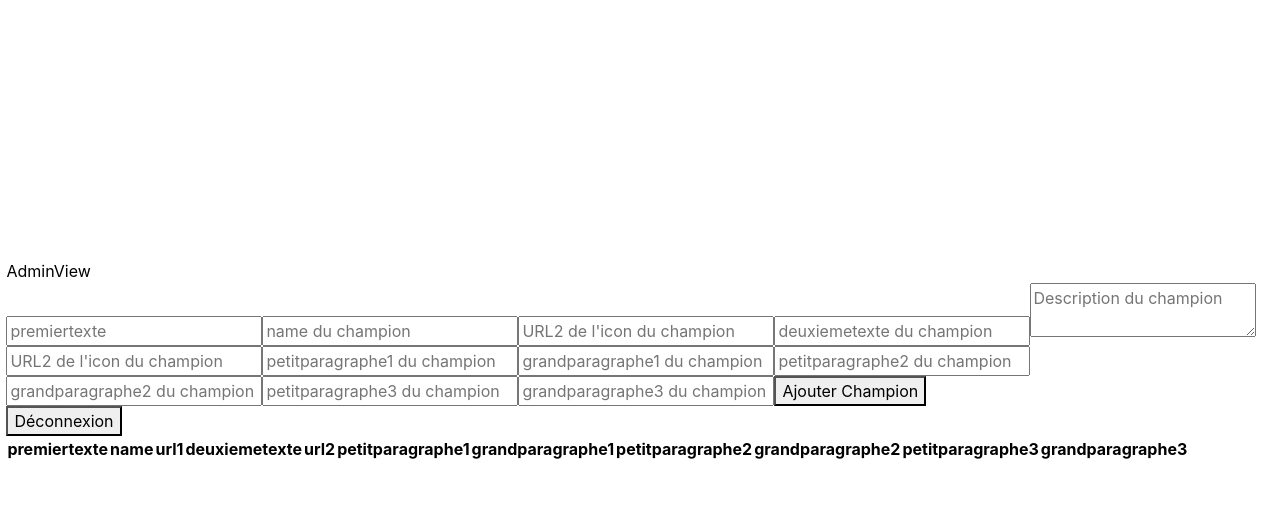
Repository: AdilGHAZAL/MosaiqueWebdoc
Page: /backoffice
These files come from the project's save history. The page is drawn as it stood at one moment and after the next save; the edit follows.
The browser window is 1280 px wide. The pictures show the whole page.
The page's requests for data from a server got no answer. Some web fonts or font styles are not loaded; a fallback is used. Some web libraries are served in a nearby version. The project was rebuilt for these pictures with package versions that can differ from the ones it lists, and the page was loaded fresh each time. No one was signed in, and anything a server would have sent is missing. Also part of the build but not shown: vite.config.js, src/App.css, src/components/Navbar.css, src/components/Navbar.jsx, src/components/Athletes.css, src/components/Athletes.jsx, src/components/Athletes2.jsx, src/components/Athletes3.jsx and 18 more.

Above is the page before, as saved 2024-05-02 18:54:36.

### index.html
<!doctype html>
<html lang="en">
  <head>
    <meta charset="UTF-8" />
    <link rel="icon" type="image/svg+xml" href="./src/logos/logoMosaique.svg" />
    <meta name="viewport" content="width=device-width, initial-scale=1.0" />
    <title>Mosaique</title>
    <link rel="preconnect" href="https://fonts.googleapis.com">
<link rel="preconnect" href="https://fonts.gstatic.com" crossorigin>
<link href="https://fonts.googleapis.com/css2?family=Mina:wght@400;700&display=swap" rel="stylesheet">
<link rel="stylesheet" href="https://cdn.jsdelivr.net/npm/bootswatch@4.5.2/dist/minty/bootstrap.min.css">
  </head>
  <body>
    <div id="root"></div>
    <script type="module" src="/src/main.jsx"></script>
  </body>
</html>

### src/App.jsx
// App.jsx
import React from 'react';
import { BrowserRouter as Router, Routes, Route} from 'react-router-dom';
import './App.css'; // Import the CSS file
import HomePage from './components/HomePage';
import Athlete1 from './Athelete1/Athlete1'; // Import the NouvellePage component
import LoginScreen from './LoginScreen';
import MainView from './backoffice';
import TrainingPage from './TrainingPage';
const App = () => {
    return (
        <Router>

                <Routes>
                    <Route path="/" element={<HomePage/>} />
                    <Route path="/Athlete1" element={<Athlete1/>} />
                    <Route path="/login" element={<LoginScreen/>  }/>
                    <Route path='/backoffice'element={<MainView/>}/>
                </Routes>

        </Router>
    );
};

export default App;

### src/index.css
:root {
  --rose: #E9257F

}

### src/backoffice.jsx
import React, { useState, useEffect } from 'react';
import { getFirestore, collection, addDoc, getDocs, deleteDoc, doc, updateDoc } from "firebase/firestore";
import { getAuth, signOut } from "firebase/auth";
import "./firebaseConfig"

export default function MainView() {
  const [champions, setChampions] = useState([]);
  const [championData, setChampionData] = useState({
    premiertexte: '',
    name: '',
    url1: '',
    deuxiemetexte: '',
    url2: '',
    petitparagraphe1: '',
    grandparagraphe1: '',
    petitparagraphe2: '',
    grandparagraphe2: '',
    petitparagraphe3: '',
    grandparagraphe3: '',
  });
  const [editingChampionId, setEditingChampionId] = useState(null);
  const auth = getAuth();
  const firestore = getFirestore();

  useEffect(() => {
    const fetchChampions = async () => {
      const championsSnapshot = await getDocs(collection(firestore, "champions"));
      const championsData = championsSnapshot.docs.map(doc => ({ id: doc.id, ...doc.data() }));
      setChampions(championsData);
    };

    fetchChampions();
  }, [firestore]);

  const handleInputChange = (e) => {
    const { name, value } = e.target;
    setChampionData({ ...championData, [name]: value });
  };

  const handleAddChampion = async (e) => {
    e.preventDefault();
    try {
      await addDoc(collection(firestore, "champions"), championData);
      console.log("Champion ajouté avec succès");
      // Réinitialiser les données du champion après l'ajout réussi
      setChampionData({
        premiertexte: '',
    name: '',
    url1: '',
    deuxiemetexte: '',
    url2: '',
    petitparagraphe1: '',
    grandparagraphe1: '',
    petitparagraphe2: '',
    grandparagraphe2: '',
    petitparagraphe3: '',
    grandparagraphe3: '',
      });
    } catch (error) {
      console.error("Erreur lors de l'ajout du champion :", error);
    }
  };


  const handleEditChampion = (champion) => {
    setEditingChampionId(champion.id);
    setChampionData({
        premiertexte: champion.premiertexte,
    name: champion.name,
    url1: champion.url1,
    deuxiemetexte: champion.deuxiemetexte,
    url2: champion.url2,
    petitparagraphe1: champion.petitparagraphe1,
    grandparagraphe1: champion.grandparagraphe1,
    petitparagraphe2: champion.petitparagraphe2,
    grandparagraphe2: champion.grandparagraphe2,
    petitparagraphe3: champion.petitparagraphe3,
    grandparagraphe3: champion.grandparagraphe3,
    });
  };

  const handleUpdateChampion = async () => {
    try {
      await updateDoc(doc(firestore, "champions", editingChampionId), {
        premiertexte: championData.premiertexte,
    name: championData.name,
    url1: championData.url1,
    deuxiemetexte: championData.deuxiemetexte,
    url2: championData.url2,
    petitparagraphe1: championData.petitparagraphe1,
    grandparagraphe1: championData.grandparagraphe1,
    petitparagraphe2: championData.petitparagraphe2,
    grandparagraphe2: championData.grandparagraphe2,
    petitparagraphe3: championData.petitparagraphe3,
    grandparagraphe3: championData.grandparagraphe3,
      });
      console.log("Champion mis à jour avec succès");
      // Mettre à jour le tableau des champions après la mise à jour
      const updatedChampions = champions.map(champion => {
        if (champion.id === editingChampionId) {
          return {
            ...champion,
            premiertexte: championData.premiertexte,
    name: championData.name,
    url1: championData.url1,
    deuxiemetexte: championData.deuxiemetexte,
    url2: championData.url2,
    petitparagraphe1: championData.petitparagraphe1,
    grandparagraphe1: championData.grandparagraphe1,
    petitparagraphe2: championData.petitparagraphe2,
    grandparagraphe2: championData.grandparagraphe2,
    petitparagraphe3: championData.petitparagraphe3,
    grandparagraphe3: championData.grandparagraphe3,
          };
        }
        return champion;
      });
      setChampions(updatedChampions);
      // Réinitialiser les données du champion après la mise à jour réussie
      setChampionData({
        premiertexte: '',
    name: '',
    url1: '',
    deuxiemetexte: '',
    url2: '',
    petitparagraphe1: '',
    grandparagraphe1: '',
    petitparagraphe2: '',
    grandparagraphe2: '',
    petitparagraphe3: '',
    grandparagraphe3: '',
      });
      setEditingChampionId(null);
    } catch (error) {
      console.error("Erreur lors de la mise à jour du champion :", error);
    }
  };

  const handleDeleteChampion = async (id) => {
    try {
      await deleteDoc(doc(firestore, "champions", id));
      console.log("Champion supprimé avec succès");
      // Mettre à jour la liste des champions après la suppression
      setChampions(champions.filter(champion => champion.id !== id));
    } catch (error) {
      console.error("Erreur lors de la suppression du champion :", error);
    }
  };

  const handleSignOut = () => {
    signOut(auth)
      .then(() => {
        console.log("Déconnexion réussie");
        // Naviguer vers la pweight de connexion après la déconnexion
      })
      .catch((error) => {
        console.error("Erreur lors de la déconnexion :", error);
      });
  };

  return (
    <>
    <div style={{width:'99vw'}}>
      <div>AdminView</div>
      <form onSubmit={editingChampionId ? handleUpdateChampion : handleAddChampion}>
      <input type="text" name="premiertexte" value={championData.premiertexte} onChange={handleInputChange} placeholder="premiertexte" required />
        <input type="text" name="name" value={championData.name} onChange={handleInputChange} placeholder="name du champion" required />
        <input type="url" name="url1" value={championData.url1} onChange={handleInputChange} placeholder="URL2 de l'icon du champion" required />
        <input type="text" name="deuxiemetexte" value={championData.deuxiemetexte} onChange={handleInputChange} placeholder="deuxiemetexte du champion" required />
        <textarea name="description" value={championData.description} onChange={handleInputChange} placeholder="Description du champion" required />
        <input type="url" name="url2" value={championData.url2} onChange={handleInputChange} placeholder="URL2 de l'icon du champion" />
        <input type="text" name="petitparagraphe1" value={championData.petitparagraphe1} onChange={handleInputChange} placeholder="petitparagraphe1 du champion" required />
        <input type="text" name="grandparagraphe1" value={championData.grandparagraphe1} onChange={handleInputChange} placeholder="grandparagraphe1 du champion" required />
        <input type="text" name="petitparagraphe2" value={championData.petitparagraphe2} onChange={handleInputChange} placeholder="petitparagraphe2 du champion" required />
        <input type="text" name="grandparagraphe2" value={championData.grandparagraphe2} onChange={handleInputChange} placeholder="grandparagraphe2 du champion" required />
        <input type="text" name="petitparagraphe3" value={championData.petitparagraphe3} onChange={handleInputChange} placeholder="petitparagraphe3 du champion" required />
        <input type="text" name="grandparagraphe3" value={championData.grandparagraphe3} onChange={handleInputChange} placeholder="grandparagraphe3 du champion" required />
        <button type="submit">{editingChampionId ? "Mettre à jour Champion" : "Ajouter Champion"}</button>
      </form>
      <button title='Déconnexion' onClick={handleSignOut}>Déconnexion</button>

      <table>
        <thead>
          <tr>
          <th>premiertexte</th>
            <th>name</th>
            <th>url1</th>
            <th>deuxiemetexte</th>
            <th>url2</th>
            <th>petitparagraphe1</th>
            <th>grandparagraphe1</th>
            <th>petitparagraphe2</th>
            <th>grandparagraphe2</th>
            <th>petitparagraphe3</th>
            <th>grandparagraphe3</th>
          </tr>
        </thead>
        <tbody>
          {champions.map((champion) => (
            <tr key={champion.id}>
              <td>{champion.premiertexte}</td>
              <td>{champion.name}</td>
              <td>{champion.url1}</td>
              <td>{champion.deuxiemetexte}</td>
              <td>{champion.url2}</td>
              <td>{champion.petitparagraphe1}</td>
              <td>{champion.grandparagraphe1}</td>
              <td>{champion.petitparagraphe2}</td>
              <td>{champion.grandparagraphe2}</td>
              <td>{champion.petitparagraphe3}</td>
              <td>{champion.grandparagraphe3}</td>
              <td>
                <button onClick={() => handleDeleteChampion(champion.id)}>Supprimer</button>
                <button onClick={() => handleEditChampion(champion)}>Modifier</button>
              </td>
            </tr>
          ))}
        </tbody>
      </table>
      </div>
    </>
  );
}

### src/components/HomePage.css
/* App.css */
body {
    margin: 0;
    background-color: #ffffff;
    color: #000000;
    display: flex;
    flex-direction: column;
    align-items: center;
    justify-content: center;
    min-height: 100vh;

  }

  .app-container {
      font-family: "SF Pro Display-Medium", Helvetica;
    width: 100vw;
    height: 100%;
    min-height: 100vh;
    /*  background-image: url('./assets/ub1.png');*/
    display: flex;
    flex-direction: column;
    margin: auto;
    background-color: #ffffff;
  }

  .main-title {
    font-family: 'SF Pro Display', sans-serif;
    font-size: 70px;
    font-weight: 500;
    line-height: 83.54px;
    text-align: center;
    margin-top: 100px;
  }

  .bold-text {
    font-weight: 700;
  }

  .content {
    padding: 20px;
    width: 100%;
    max-width: 1200px;
    margin: auto;

  }

  .UBimage {
    width: auto;
  }

  .bottom-text {
    font-size: 18px;
    text-align: center;
    margin-top: 30px;
  }
  .scroll-reveal > * {
    /* text-align: justify; */
    display: inline;
    color:hsl(0deg 22.14% 64.8% / 20%);
    font-size: 60px;
    font-weight: 500;
    background-clip: text;
    background-repeat: no-repeat;
    background-size: 0% 100%;
    background-image: linear-gradient( #E9257F, #ce1f71 );
    animation: scroll-reveal linear forwards;
    animation-timeline: view();
  }

  .scroll-text {

    text-align: justify;
  }
  @keyframes scroll-reveal {
    to {
      background-size: 100% 100%;
    }
  }
  .scroll-reveal p {
    /* font-family: SF Pro Display; */


  }

  .scrollPhotos {
    display: flex;
    justify-content: flex-start; /* Align photos to the maximum left */
    width: 100%;
    overflow-x: auto; /* Enable horizontal scrolling if photos exceed container width */
    padding: 20px 0; /* Optional padding */
  }

### src/firebaseConfig.jsx
// Import the functions you need from the SDKs you need
import { initializeApp } from "firebase/app";
import { getAuth } from "firebase/auth";
import { getFirestore } from "firebase/firestore";
// TODO: Add SDKs for Firebase products that you want to use
// https://firebase.google.com/docs/web/setup#available-libraries

// Your web app's Firebase configuration
const firebaseConfig = {
  apiKey: "AIzaSyAUMnE3uMe61y8NbS4tX2Nn4PoW8VoGS0U",
  authDomain: "webdoc-a4a03.firebaseapp.com",
  projectId: "webdoc-a4a03",
  storageBucket: "webdoc-a4a03.appspot.com",
  messagingSenderId: "931293814028",
  appId: "1:931293814028:web:5bc01cfec675ae5bf27d29"
};

// Initialize Firebase
export const FIREBASE_APP = initializeApp(firebaseConfig);
export const FIREBASE_AUTH=getAuth(FIREBASE_APP)
export const db=getFirestore(FIREBASE_APP)

Loaded but not shown: src/main.jsx (common file)

After the next save:
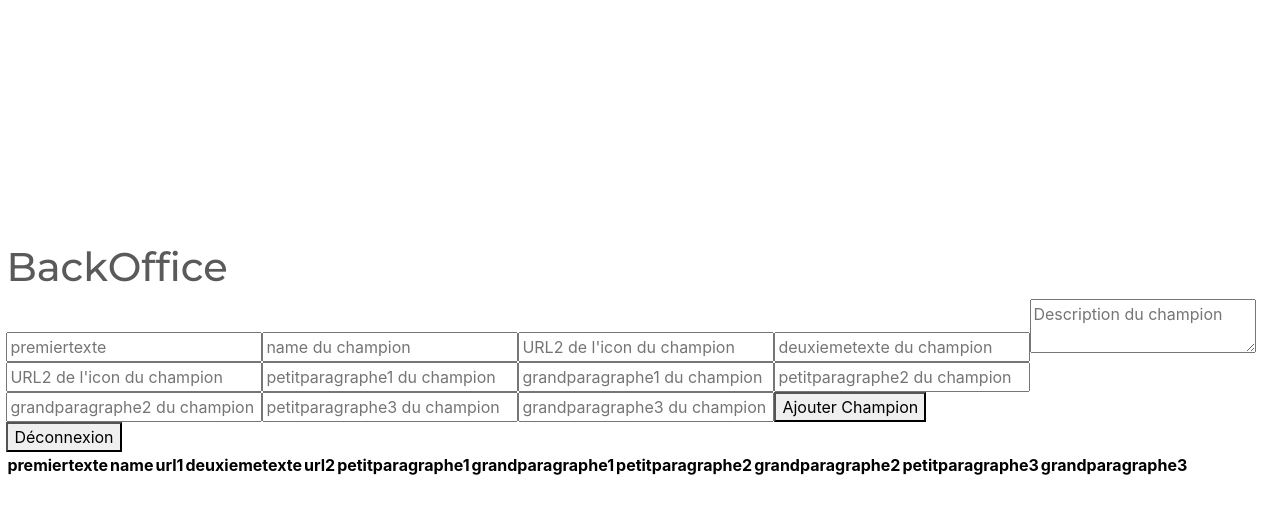
Saved 45 s later.
--- a/src/backoffice.jsx
+++ b/src/backoffice.jsx
@@ -161,7 +161,7 @@ export default function MainView() {
   return (
     <>
     <div style={{width:'99vw'}}>
-      <div>AdminView</div>
+      <h1>BackOffice</h1>
       <form onSubmit={editingChampionId ? handleUpdateChampion : handleAddChampion}>
       <input type="text" name="premiertexte" value={championData.premiertexte} onChange={handleInputChange} placeholder="premiertexte" required />
         <input type="text" name="name" value={championData.name} onChange={handleInputChange} placeholder="name du champion" required />
